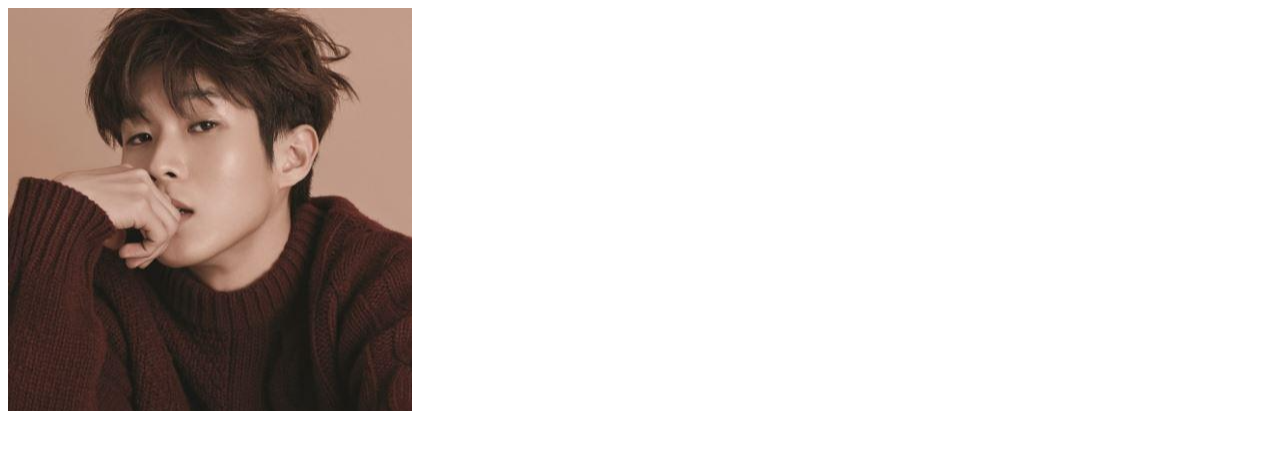
Repository: sungeunbyeol/Nowon-ezen-jsp
Page: test/WebContent/test06.html
An editor plug-in stored every save of this project. The page is shown before and after the next save, followed by the edit.
The browser window is 1280 px wide. The pictures show the whole page.

Above is the page before, as saved 2021-11-02 02:36:34.

### test/WebContent/test06.html
<!-- test06.html -->
<!DOCTYPE html>
<html>
<head>
<meta charset="EUC-KR">
<title>우시기 이미지</title>
</head>
<body>
	<img src="sexy.png"/>
</body>
</html>

After the next save:
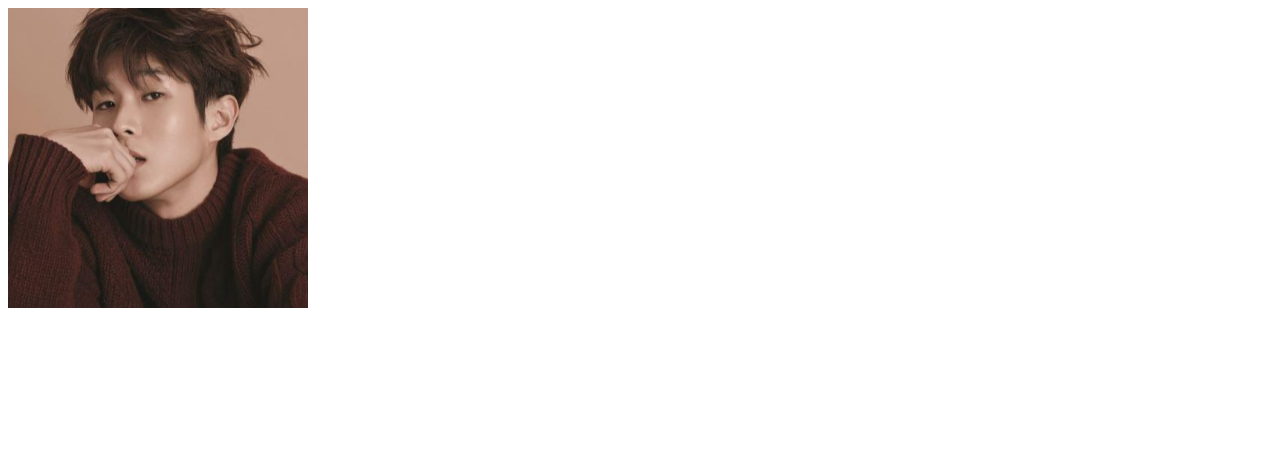
Saved 96 s later.
--- a/test/WebContent/test06.html
+++ b/test/WebContent/test06.html
@@ -6,6 +6,6 @@
 <title>우시기 이미지</title>
 </head>
 <body>
-	<img src="sexy.png"/>
+	<img src="sexy.png" width="300" height="300"/>
 </body>
 </html>
